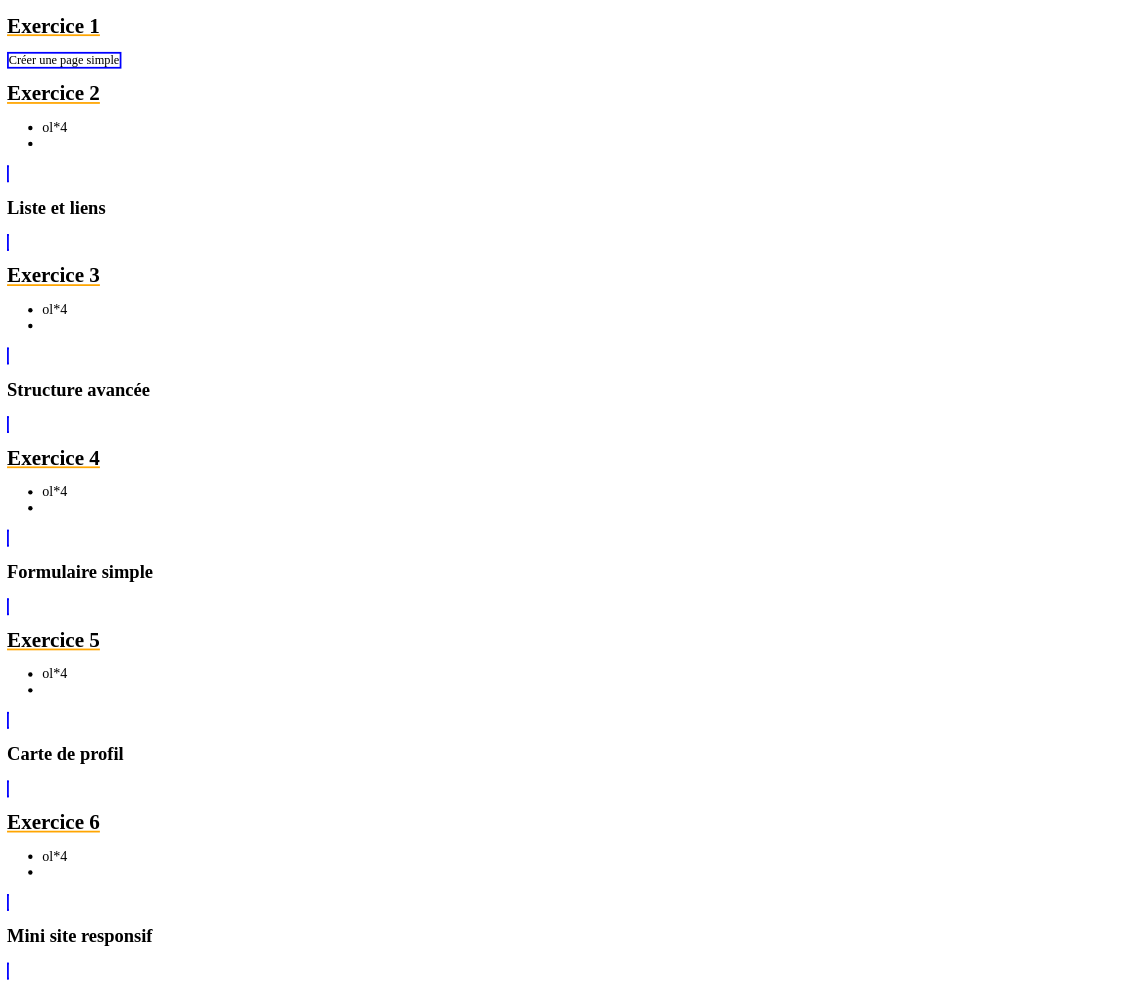
Repository: AnnaSpirit/Mimo_App
Page: Exercices_HTML&CSS.html
The author's editor kept a copy of each file at every save. The page is drawn from the files as they stood at one save, then again after the next save.
The browser window is 1280 px wide. The pictures show the whole page, at 88% of full size.

Above is the page before, as saved 2024-12-05 16:26:58.

### Exercices_HTML&CSS.html
<!DOCTYPE html>
<html lang="en">
<head>
    <meta charset="UTF-8">
    <meta name="viewport" content="width=device-width, initial-scale=1.0">
    <link rel="stylesheet" href="styleCSS.css">
    <title>Document</title>
</head>
<body>
    <div><h1>Exercice 1</h1>
    <span class="Consigne">Créer une page simple</span>
    </div>
    <div><h1>Exercice 2</h1>
        <ul>
            <li>
                ol*4
            </li>
            <li></li>
        </ul>
    <span class="Consigne">
        <h2>Liste et liens</h2>
    </span>
    </div>
    <div><h1>Exercice 3</h1>
        <ul>
            <li>
                ol*4
            </li>
            <li></li>
        </ul>
    <span class="Consigne">
        <h2>Structure avancée</span>
    </div>
    <div><h1>Exercice 4</h1>
        <ul>
            <li>
                ol*4
            </li>
            <li></li>
        </ul>
    <span class="Consigne">
        <h2>Formulaire simple</span>
    </div>
    <div><h1>Exercice 5</h1>
        <ul>
            <li>
                ol*4
            </li>
            <li></li>
        </ul>
    <span class="Consigne">
        <h2>Carte de profil</span>
    </div>
    <div><h1>Exercice 6</h1>
        <ul>
            <li>
                ol*4
            </li>
            <li></li>
        </ul>
    <span class="Consigne">
        <h2>Mini site responsif</span>
    </div>
</body>
</html>

### styleCSS.css
h1{
    font-weight: bold;
    font-size: x-large;
    text-decoration: underline orange;
}
.Consigne{
    border: 2px solid blue;
    font-size: 14px;
}

After the next save:
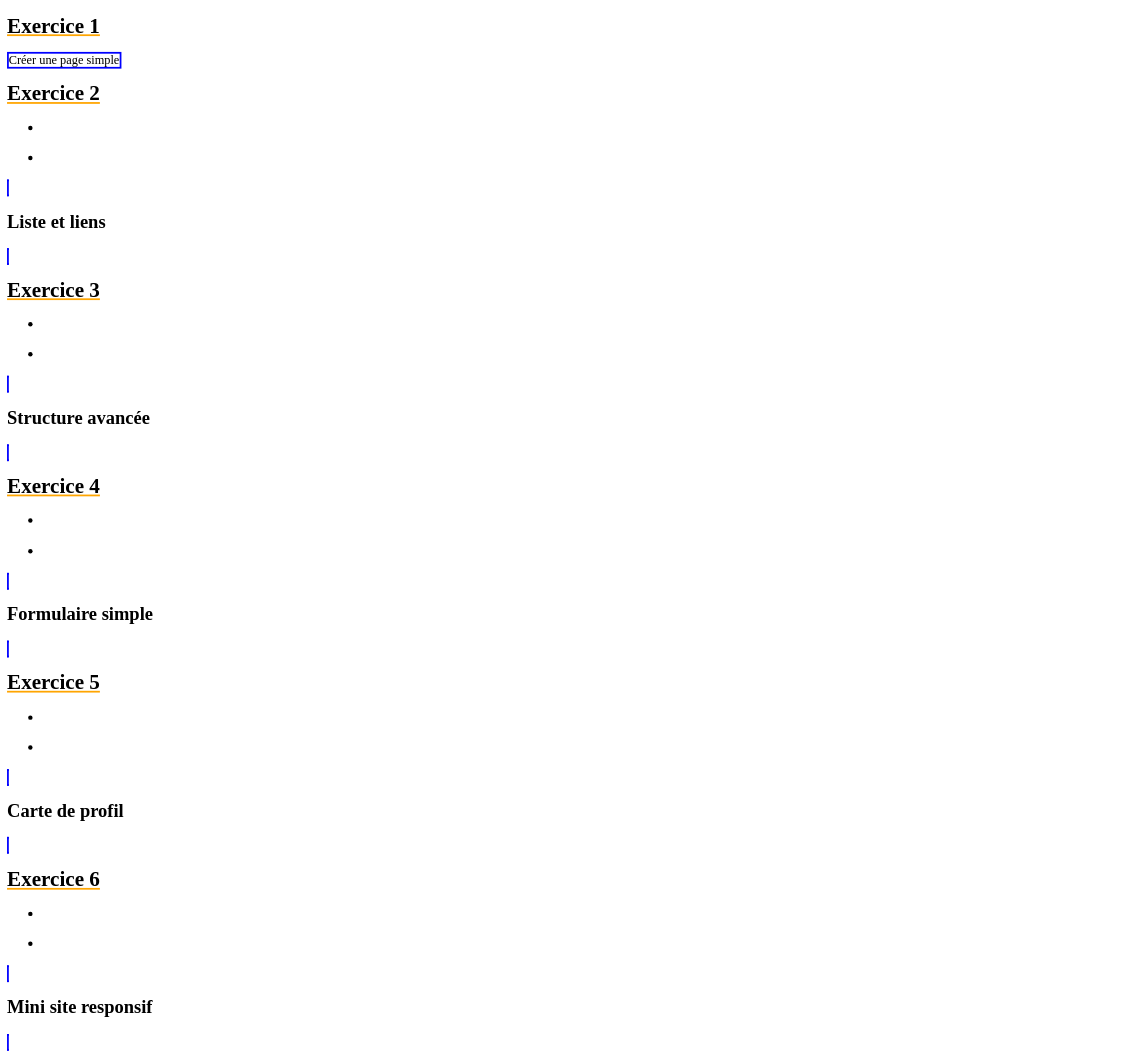
Saved 7 s later.
--- a/Exercices_HTML&CSS.html
+++ b/Exercices_HTML&CSS.html
@@ -13,7 +13,10 @@
     <div><h1>Exercice 2</h1>
         <ul>
             <li>
-                ol*4
+                <ol></ol>
+                <ol></ol>
+                <ol></ol>
+                <ol></ol>
             </li>
             <li></li>
         </ul>
@@ -24,7 +27,10 @@
     <div><h1>Exercice 3</h1>
         <ul>
             <li>
-                ol*4
+                <ol></ol>
+                <ol></ol>
+                <ol></ol>
+                <ol></ol>
             </li>
             <li></li>
         </ul>
@@ -34,7 +40,10 @@
     <div><h1>Exercice 4</h1>
         <ul>
             <li>
-                ol*4
+                <ol></ol>
+                <ol></ol>
+                <ol></ol>
+                <ol></ol>
             </li>
             <li></li>
         </ul>
@@ -44,7 +53,10 @@
     <div><h1>Exercice 5</h1>
         <ul>
             <li>
-                ol*4
+                <ol></ol>
+                <ol></ol>
+                <ol></ol>
+                <ol></ol>
             </li>
             <li></li>
         </ul>
@@ -54,7 +66,10 @@
     <div><h1>Exercice 6</h1>
         <ul>
             <li>
-                ol*4
+                <ol></ol>
+                <ol></ol>
+                <ol></ol>
+                <ol></ol>
             </li>
             <li></li>
         </ul>
